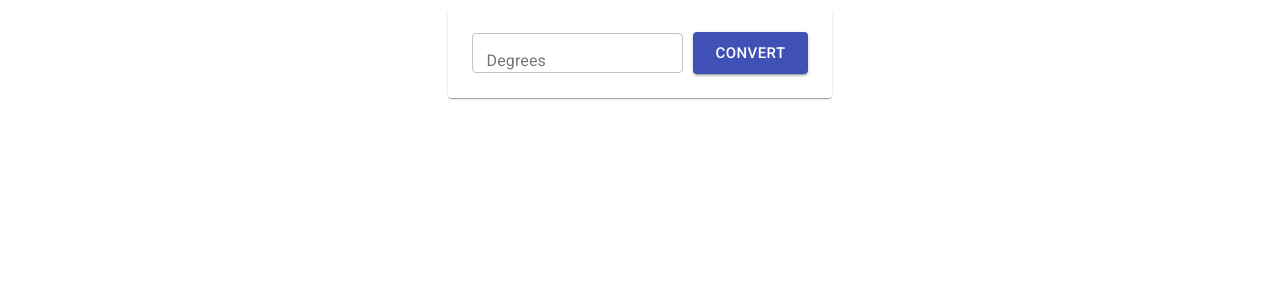
Repository: zum281/temperature-converter
Page: /
An editor plug-in stored every save of this project. The page is shown before and after the next save, followed by the edit.
The browser window is 1280 px wide. The pictures show the whole page.
The project was rebuilt for these pictures with package versions that can differ from the ones it lists, and the page was loaded fresh each time. Also part of the build but not shown: src/index.css.

Above is the page before, as saved 2021-07-09 13:19:28.

### public/index.html
<!DOCTYPE html>
<html lang="en">

  <head>
    <meta charset="utf-8" />
    <link rel="icon" href="%PUBLIC_URL%/favicon.ico" />
    <meta name="viewport" content="width=device-width, initial-scale=1" />
    <meta name="theme-color" content="#000000" />
    <meta name="description" content="Web site created using create-react-app" />
    <link rel="apple-touch-icon" href="%PUBLIC_URL%/logo192.png" />
    <!--
      manifest.json provides metadata used when your web app is installed on a
      user's mobile device or desktop. See https://developers.google.com/web/fundamentals/web-app-manifest/
    -->
    <link rel="manifest" href="%PUBLIC_URL%/manifest.json" />
    <!--
      Notice the use of %PUBLIC_URL% in the tags above.
      It will be replaced with the URL of the `public` folder during the build.
      Only files inside the `public` folder can be referenced from the HTML.

      Unlike "/favicon.ico" or "favicon.ico", "%PUBLIC_URL%/favicon.ico" will
      work correctly both with client-side routing and a non-root public URL.
      Learn how to configure a non-root public URL by running `npm run build`.
    -->
    <link rel="stylesheet" href="https://fonts.googleapis.com/css?family=Roboto:300,400,500,700&display=swap" />
    <title>Temperature Converter</title>
  </head>

  <body>
    <noscript>You need to enable JavaScript to run this app.</noscript>
    <div id="root"></div>
    <!--
      This HTML file is a template.
      If you open it directly in the browser, you will see an empty page.

      You can add webfonts, meta tags, or analytics to this file.
      The build step will place the bundled scripts into the <body> tag.

      To begin the development, run `npm start` or `yarn start`.
      To create a production bundle, use `npm run build` or `yarn build`.
    -->
  </body>

</html>

### src/App.js
import { makeStyles } from "@material-ui/core/styles";
import {
    Paper,
    Button,
    TextField,
    InputLabel,
    FormControl,
} from "@material-ui/core";

const useStyles = makeStyles((theme) => {
    return {
        root: {
            display: "flex",
            alignItems: "center",
            justifyContent: "center",
        },
        paper: {
            padding: theme.spacing(3),
            maxWidth: "600px",
        },
        form: {
            display: "flex",
            alignItems: "center",
            justifyContent: "center",
            gap: "10px",
        },
    };
});

function App() {
    const classes = useStyles();
    return (
        <div className={classes.root}>
            <Paper className={classes.paper}>
                <form noValidate autoComplete="off" className={classes.form}>
                    <FormControl variant="outlined">
                        <InputLabel htmlFor="degrees">Degrees</InputLabel>
                        <TextField
                            type="number"
                            id="degrees"
                            size="small"
                            variant="outlined"
                        />
                    </FormControl>

                    <Button variant="contained" color="primary" size="large">
                        convert
                    </Button>
                </form>
            </Paper>
        </div>
    );
}

export default App;

Loaded but not shown: src/index.js (common file); src/index.css (no copy from this time; the picture is the same without it)

After the next save:
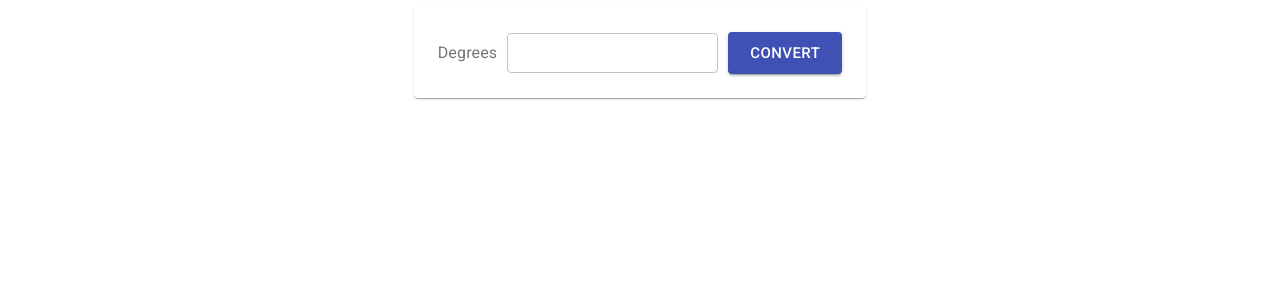
Saved 18 min 38 s later.
--- a/src/App.js
+++ b/src/App.js
@@ -33,15 +33,13 @@ function App() {
         <div className={classes.root}>
             <Paper className={classes.paper}>
                 <form noValidate autoComplete="off" className={classes.form}>
-                    <FormControl variant="outlined">
-                        <InputLabel htmlFor="degrees">Degrees</InputLabel>
-                        <TextField
-                            type="number"
-                            id="degrees"
-                            size="small"
-                            variant="outlined"
-                        />
-                    </FormControl>
+                    <InputLabel htmlFor="degrees">Degrees</InputLabel>
+                    <TextField
+                        type="number"
+                        id="degrees"
+                        size="small"
+                        variant="outlined"
+                    />
 
                     <Button variant="contained" color="primary" size="large">
                         convert
